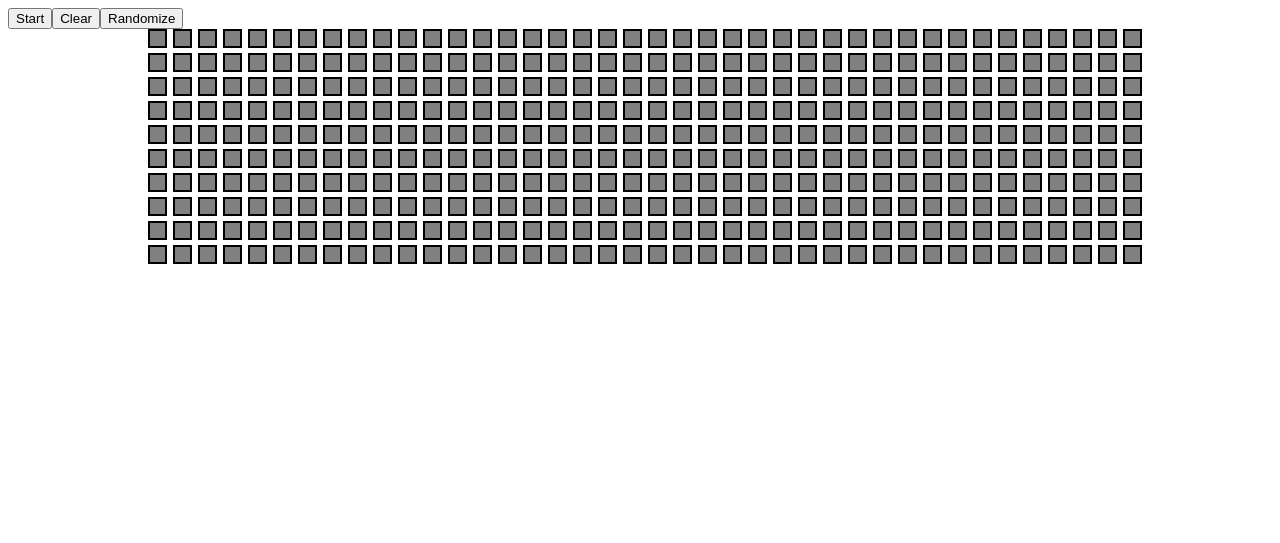
Repository: avanbussum/cellular-automata
Page: /
These files come from the project's save history. The page is drawn as it stood at one moment and after the next save; the edit follows.
The browser window is 1280 px wide. The pictures show the whole page.
The project was rebuilt for these pictures with package versions that can differ from the ones it lists, and the page was loaded fresh each time.

Above is the page before, as saved 2023-04-29 01:17:27.

After the next save:
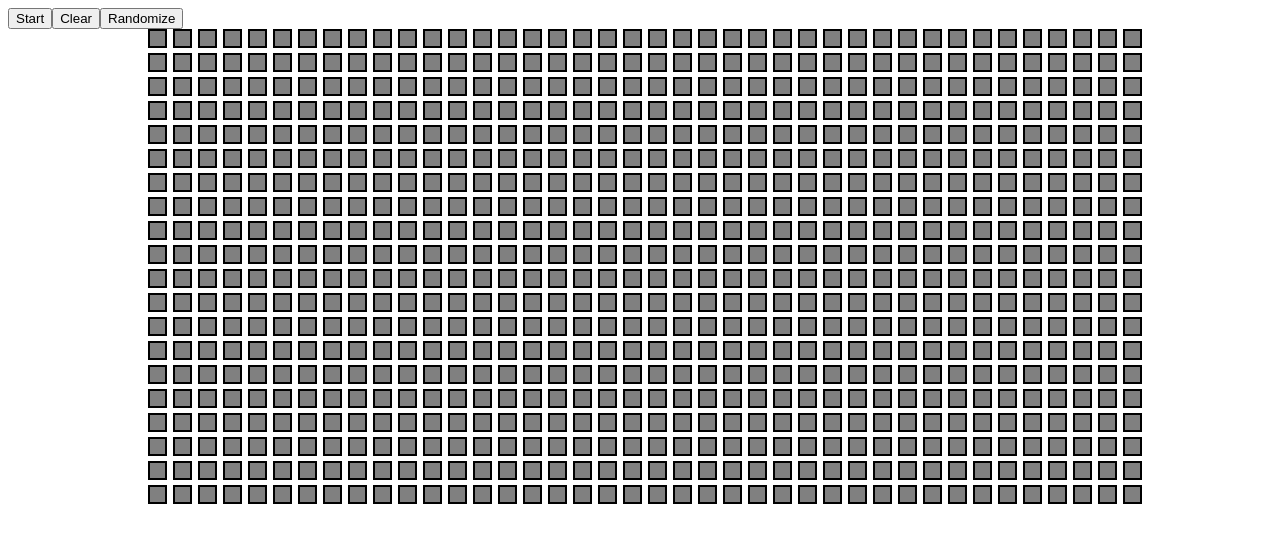
Saved 40 s later.
--- a/src/App.js
+++ b/src/App.js
@@ -1,7 +1,7 @@
 import React, { useState, useCallback, useRef } from 'react'
 import Produce from 'immer';
 
-const numRows = 10;
+const numRows = 20;
 const numCols = 40;
 
 let rps = false;
